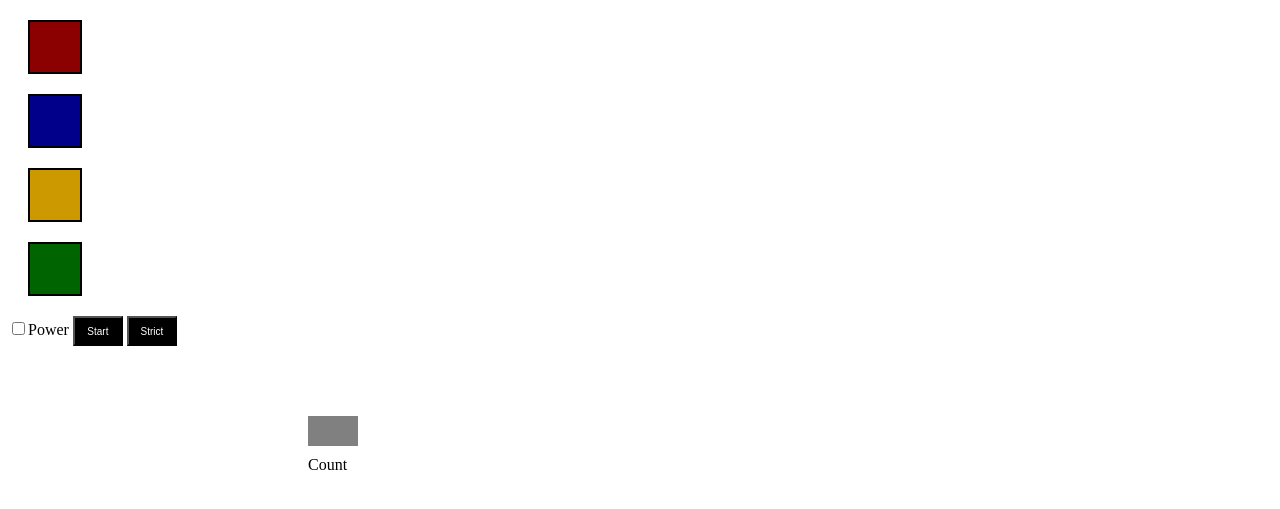
Repository: Code-Institute-Submissions/The-Simon-Game
Page: index.html
The author's editor kept a record of every edit. The page is drawn from the files as they stood at one moment, then again after the next edit.
The browser window is 1280 px wide. The pictures show the whole page.
The first visible `.blue` is being pressed.
Some web libraries are served in a nearby version.

Above is the page before.

After the next edit:
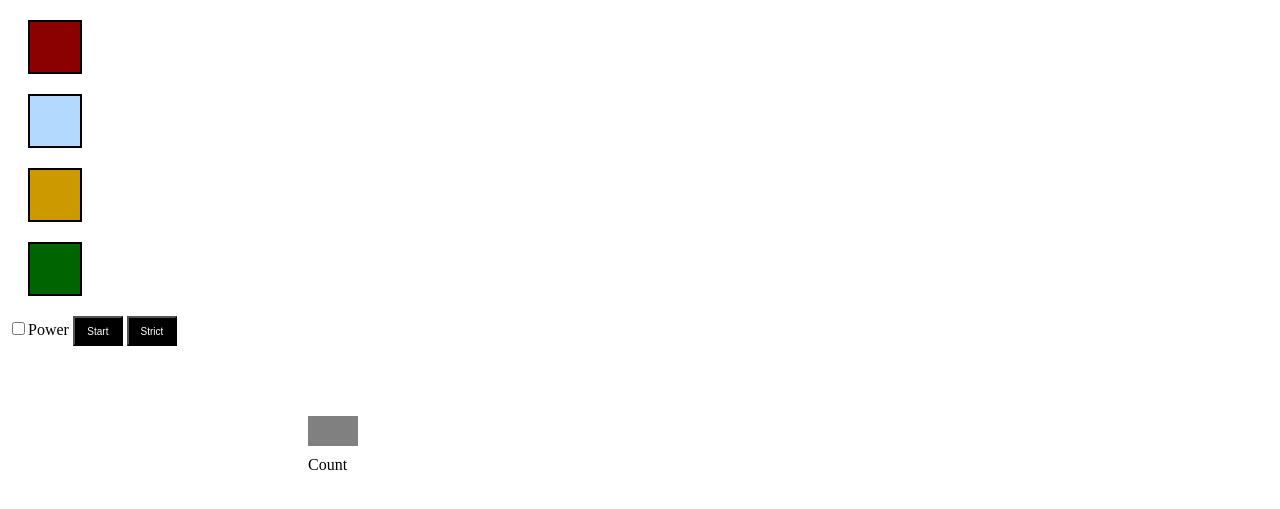
The edit:
--- a/css/style.css
+++ b/css/style.css
@@ -59,6 +59,14 @@
     margin:20px;
 }
 
+.blue:active {
+    border: 2px solid black;
+    background-color: #b3d9ff;
+    height: 50px;
+    width:50px;
+    margin:20px;
+}
+
 .yellow {
     border: 2px solid black;
     background-color: #cc9900;
